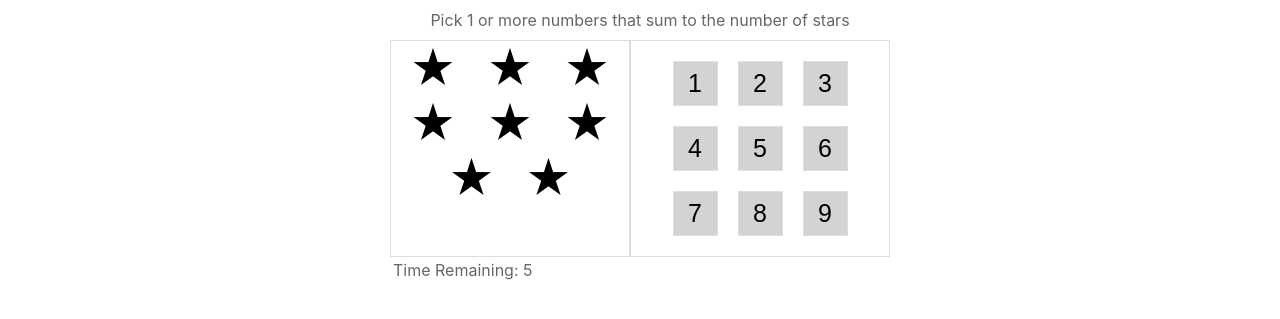
Repository: alicescfernandes/star-match-react-ts
Page: /
The author's editor kept a copy of each file at every save. The page is drawn from the files as they stood at one save, then again after a run of saves.
The browser window is 1280 px wide. The pictures show the whole page.
The project was rebuilt for these pictures with package versions that can differ from the ones it lists, and the page was loaded fresh each time. Also part of the build but not shown: src/components/PlayAgain.tsx.

Above is the page before, as saved 2020-12-22 19:32:28.

After the next 2 saves:
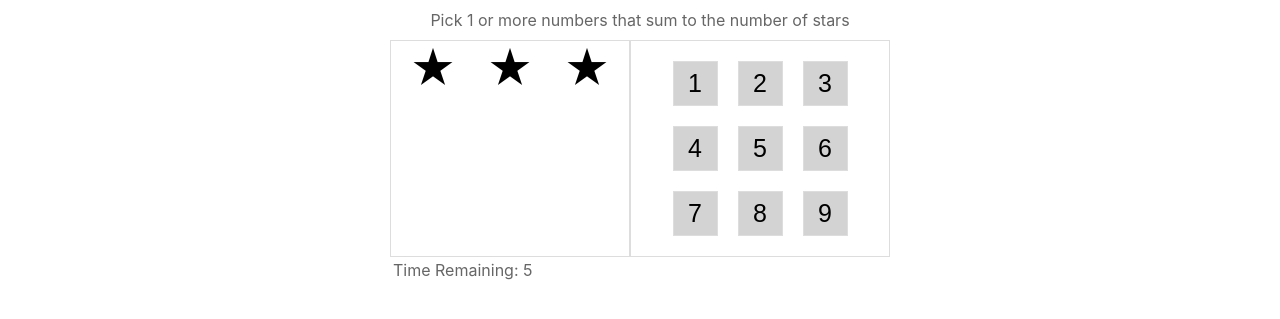
The 2 saves are shown as one change because they came seconds apart.
The last was saved 20 s later.
--- a/src/App.tsx
+++ b/src/App.tsx
@@ -5,7 +5,7 @@ import { PlayNumber } from "./components/PlayNumber";
 import { StarsDisplay } from "./components/StarsDisplay";
 import { PlayAgain } from "./components/PlayAgain";
 
-const App2 = (props:any) => {
+const StarMatch = (props:any) => {
   const {resetGame} = props;
 
   const [stars, setStars] = useState(utils.random(1, 9));
@@ -102,7 +102,7 @@ const App = () => {
     setKey(key+1);
   }
 
-  return <App2 key={key} resetGame={resetGame}/>;
+  return <StarMatch key={key} resetGame={resetGame}/>;
 };
 
 export default App;
